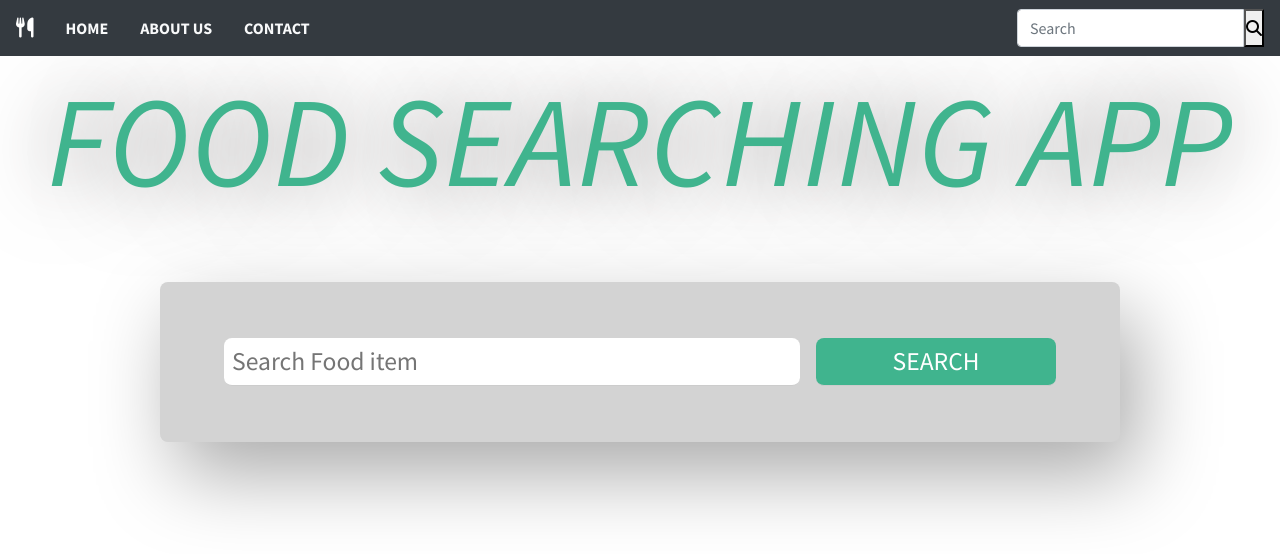
Repository: priyavmehta/React-Food-Recipe-App
Page: /contact
An editor plug-in stored every save of this project. The page is shown before and after the next save, followed by the edit.
The browser window is 1280 px wide. The pictures show the whole page.
Some web libraries are served in a nearby version. The project was rebuilt for these pictures with package versions that can differ from the ones it lists, and the page was loaded fresh each time. Also part of the build but not shown: src/Components/RecipeDetails.js, src/Components/Recipe.js, src/Components/Alert.js.

Above is the page before, as saved 2020-07-11 22:32:48.

### public/index.html
<!DOCTYPE html>
<html lang="en">
  <head>
    <meta charset="utf-8" />
    <link rel="icon" href="%PUBLIC_URL%/favicon.ico" />
    <meta name="viewport" content="width=device-width, initial-scale=1" />
    <meta name="theme-color" content="#000000" />
    <meta
      name="description"
      content="Web site created using create-react-app"
    />
    <link rel="apple-touch-icon" href="%PUBLIC_URL%/logo192.png" />
    <link rel="manifest" href="%PUBLIC_URL%/manifest.json" />

    <script src="https://kit.fontawesome.com/c3f9cf1e2c.js" crossorigin="anonymous"></script>

    <link rel="stylesheet" href="https://stackpath.bootstrapcdn.com/bootstrap/4.3.1/css/bootstrap.min.css" integrity="sha384-ggOyR0iXCbMQv3Xipma34MD+dH/1fQ784/j6cY/iJTQUOhcWr7x9JvoRxT2MZw1T" crossorigin="anonymous">
    <script src="https://code.jquery.com/jquery-3.3.1.slim.min.js" integrity="sha384-q8i/X+965DzO0rT7abK41JStQIAqVgRVzpbzo5smXKp4YfRvH+8abtTE1Pi6jizo" crossorigin="anonymous"></script>
<script src="https://cdnjs.cloudflare.com/ajax/libs/popper.js/1.14.7/umd/popper.min.js" integrity="sha384-UO2eT0CpHqdSJQ6hJty5KVphtPhzWj9WO1clHTMGa3JDZwrnQq4sF86dIHNDz0W1" crossorigin="anonymous"></script>
<script src="https://stackpath.bootstrapcdn.com/bootstrap/4.3.1/js/bootstrap.min.js" integrity="sha384-JjSmVgyd0p3pXB1rRibZUAYoIIy6OrQ6VrjIEaFf/nJGzIxFDsf4x0xIM+B07jRM" crossorigin="anonymous"></script>

    <title>Food App</title>
  </head>
  <body>
    <noscript>You need to enable JavaScript to run this app.</noscript>
    <div id="root"></div>
    <!--
      This HTML file is a template.
      If you open it directly in the browser, you will see an empty page.

      You can add webfonts, meta tags, or analytics to this file.
      The build step will place the bundled scripts into the <body> tag.

      To begin the development, run `npm start` or `yarn start`.
      To create a production bundle, use `npm run build` or `yarn build`.
    -->
  </body>
</html>

### src/App.js
import React, { useState } from 'react';
import './App.css';
import RecipeState from './context/recipe/RecipeState';
import Search from './Components/Search';
import { BrowserRouter as Router, Switch, Route } from 'react-router-dom'
import Navbar from './Components/Navbar';

const App = () => {

  return (
    <RecipeState>
      <Router>
      <Navbar />
        <div className="App">

          <Search/>
        </div>
      </Router>
    </RecipeState>
  );
}

export default App;

### src/App.css
@import url("https://fonts.googleapis.com/css?family=Source+Sans+Pro:300,300i,400,400i,600,600i,700&display=swap");

* {
  font-family: "Source Sans Pro", sans-serif;
  margin: 0;
  padding: 0;
  text-decoration: none;
  list-style-type: none;
  outline: none;
}

.App {
  display: flex;
  flex-direction: column;
  align-items: center;
}

h1 {
  font-size: 8rem;
  letter-spacing: 0.1rem;
  font-style: italic;
  color: #40b48e;
  text-shadow: 0 0.2rem 5rem rgb(119, 115, 115);
  text-transform: uppercase;
  margin: 4rem 0;
}

.search-form {
  width: 60rem;
  height: 10rem;
  display: flex;
  justify-content: center;
  align-items: center;
  background-color: #d3d3d3;
  border-radius: 0.5rem;
  margin-bottom: 5rem;
  box-shadow: 1rem 2rem 5rem #aaa;
  position: relative;
}

.alert {
  /*position: absolute;*/
  top: -3rem;
  left: 0;
  background-color: rgb(233, 72, 72);
  width: calc(100% - 0.4rem);
  border-radius: 0.5rem;
  padding: 0.2rem;
}

.alert h3 {
  font-size: 1.8rem;
  color: #fff;
  font-weight: 400;
  text-transform: uppercase;
  text-align: center;
}

.search-form input {
  font-size: 1.6rem;
  border: none;
  border-bottom: 0.1rem solid #ccc;
  margin: 0 0.5rem;
  border-radius: 0.5rem;
  height: 3rem;
}

.search-form input[type="text"] {
  padding: 0 0.5rem;
  width: 60%;
  color: #555;
}

.search-form input[type="submit"] {
  width: 25%;
  text-transform: uppercase;
  background-color: #40b48e;
  color: #fff;
}

.recipes {
  width: 90%;
  display: flex;
  align-items: center;
  flex-wrap: wrap;
  justify-content: center;
  align-items: flex-start;
}

.recipe {
  width: 30rem;
  margin: 3rem;
  display: flex;
  flex-direction: column;
  background-color: #d3d3d3;
  padding: 2rem;
  position: relative;
  border-radius: 0.5rem;
  box-shadow: 2rem 3rem 5rem #aaa;
}

.recipe h2 {
  background-color: rgba(161, 161, 161, 0.7);
  border-radius: 0.5rem;
  padding: 0.3rem 0.5rem;
  position: absolute;
  top: 2.5rem;
  left: 2.5rem;
  right: 2.5rem;
  font-size: 2.5rem;
  font-weight: 400;
  text-shadow: 0 0.5rem 0.5rem #555;
  color: #fff;
}

.recipe img {
  border-radius: 0.5rem;
  object-fit: cover;
}

.recipe a {
  font-size: 1.8rem;
  color: #40b48e;
}

/* .recipe button {
  font-size: 2rem;
  text-transform: uppercase;
  color: #fff;
  background-color: #40b48e;
  border: none;
  border-radius: 0.5rem;
  height: 3rem;
} */

.ingredient-list {
  margin-top: 1rem;
  background-color: #f0f0f0;
  border-radius: 0.5rem;
  padding: 0.5rem;
}

.ingredient-list li {
  margin: 0.5rem 0;
}

.ingredient-text {
  font-size: 1.5rem;
  color: #888;
}

.ingredient-weight {
  color: #40b48e;
  font-size: 1.3rem;
}

.fas {
  color: white;
}

/* .navbar {
  display: flex; */
  /*justify-content: space-between;
  align-items: center;
  padding: 0.7rem 2rem;
  z-index: 1;
  width: 100%;
  opacity: 0.9;
  margin-bottom: 1rem;
}

.navbar ul {
  display: flex;

}

.navbar a {
  color: #fff;
  padding: 0.45rem;
  margin: 0 0.25rem;
  background-color: black;
}

.navbar a:hover {
  color: var(--light-color);
}

.navbar .welcome span {
  margin-right: 0.6rem;
}


.bg-primary {
  background: var(--primary-color);
  color: #fff;
} */

### src/context/recipe/RecipeState.js
import React, { useReducer, useState, useEffect } from 'react'
import recipeContext from './recipeContext'
import recipeReducer from './recipeReducer';
import axios from 'axios'
import {SEARCH_RECIPE, SET_ALERT, REMOVE_ALERT, SET_HOME_PAGE} from '../types'

const RecipeState = (props) => {

    const initialState = {

        recipes : [],
        alert : ""
    };

    const home_recipes = []

    const [state, dispatch] = useReducer(recipeReducer, initialState);

    const YOUR_APP_ID = 'a232e31f';
    const YOUR_APP_KEY = 'd3cfbfb089b421a6f5135d309faa2604';

    // useEffect(async () => {
    //     const dosa = await axios.get(`https://api.edamam.com/search?q=dosa&app_id=${YOUR_APP_ID}&app_key=${YOUR_APP_KEY}`)
    //     const dosa_results = dosa.data.hits;
    //     home_recipes.push(dosa_results[5])
    //     home_recipes.push(dosa_results[9])

    //     const data = await axios.get(`https://api.edamam.com/search?q=pav&app_id=${YOUR_APP_ID}&app_key=${YOUR_APP_KEY}`)
    //     const results = data.data.hits;
    //     home_recipes.push(results[0])
    //     home_recipes.push(results[1])

    //     dispatch({type : SET_HOME_PAGE, payload : home_recipes})
    //     console.log("All Done")
    //     console.log(state.recipes)
    // }, [])

    const getData = async (text) => {
        if (text !== ''){
            const url = `https://api.edamam.com/search?q=${text}&app_id=${YOUR_APP_ID}&app_key=${YOUR_APP_KEY}`
            const data = await axios.get(url);
            if (!data.data.more){
                return (
                    dispatch({type : SET_ALERT, payload : "Such a food item is not available.."}),
                    setTimeout (() => dispatch({ type : REMOVE_ALERT }), 5000)
                )
            }
            dispatch({type: SEARCH_RECIPE, payload: data.data.hits})
            console.log(state.recipes)
        } else {
            dispatch ({type : SET_ALERT, payload: "Please enter something"})
            setTimeout (() => dispatch({ type : REMOVE_ALERT }), 5000)
        }

    }

    const getIndian = async () => {

    }

    return <recipeContext.Provider value = {{
            getData,
            recipes: state.recipes,
            alert : state.alert
        }
    }
    >
        {props.children}
    </recipeContext.Provider>
}

export default RecipeState

### src/Components/Search.js
import React, {Fragment, useContext, useState} from 'react'
import recipeContext from '../context/recipe/recipeContext'
import Recipe from './Recipe'
import Alert from './Alert'

const Search = () => {

    const [query, setQuery] = useState("")

    const RecipeContext = useContext(recipeContext)
    const {getData, recipes, alert} = RecipeContext

    const changeQuery = (event) => setQuery(event.target.value)

    const onSubmitQuery = (event) => {
        event.preventDefault()
        getData(query)
        setQuery("")
    }

    return (
        <Fragment>
            <h1 >Food Searching App</h1>
            { alert !== "" && <Alert/>}
            <form className = "search-form" onSubmit = {onSubmitQuery}>
                <input type="text" placeholder = "Search Food item" autoComplete = "off" onChange = {changeQuery} value = {query} />
                <input type = "submit" value = "Search" />
            </form>
            <div className = "recipes">
                {
                    recipes !== [] && (
                        recipes.map(recipe => <Recipe recipe = {recipe}/>)
                    )
                }
            </div>
        </Fragment>
    )
}

export default Search

### src/Components/Navbar.js
import React from 'react'
import PropTypes from 'prop-types'
import { Link } from 'react-router-dom'

const Navbar = ({icon, title}) => {

    return (
        <nav className="navbar navbar-expand-md navbar-light bg-dark fixed-top">
            <a className="navbar-brand"><i className="fas fa-utensils"></i></a>
            <button type="button" className="navbar-toggler bg-light" data-toggle="collapse" data-target="#nav">
                <span className="navbar-toggler-icon"></span>
            </button>
             <div className="collapse navbar-collapse justify-content-between" id="nav">
                <ul className="navbar-nav">
                    <li className="nav-item" >
                        <a className="nav-link text-light font-weight-bold px-3" href="#">HOME</a>
                    </li>
                    <li className="nav-item">
                        <a className="nav-link text-light font-weight-bold px-3" href="#">ABOUT US</a>
                    </li>
                    <li className="nav-item">
                        <a className="nav-link text-light font-weight-bold px-3" href="#">CONTACT</a>
                    </li>
                </ul>
                <form className="form-inline ml-3">
                    <div className="input-group">
                        <input type="text" className="form-control " placeholder="Search" />
                        <button type="submit"><i className="fa fa-search"></i></button>
                    </div>

                </form>

            </div>

        </nav>
    )
}

Navbar.defaultProps = {
    title : "Food App",
    icon : "fab fa-github"
};

Navbar.propTypes = {
    title : PropTypes.string.isRequired,
    icon : PropTypes.string.isRequired
};

export default Navbar

### src/context/recipe/recipeContext.js
import { createContext } from 'react'

const recipeContext = createContext()

export default recipeContext

### src/context/recipe/recipeReducer.js
import {SEARCH_RECIPE, SET_ALERT, REMOVE_ALERT, SET_HOME_PAGE} from '../types'

export default (state, action) => {
    switch(action.type){
        case SET_HOME_PAGE:
            return{
                ...state,
                recipes : action.payload
            }
        case REMOVE_ALERT:
            return{
                ...state,
                alert: ""
            }
        case SET_ALERT:
            return{
                ...state,
                alert: action.payload
            }
        case SEARCH_RECIPE:
            return {
                ...state,
                recipes : action.payload,
                alert: ""
            }
        default:
            return state
    }
}

### src/context/types.js
export const SEARCH_RECIPE = "SEARCH_RECIPE";
export const CHANGE_QUERY = "CHANGE_QUERY";
export const SET_ALERT = "SET_ALERT";
export const REMOVE_ALERT = "REMOVE_ALERT";
export const SET_HOME_PAGE = "SET_HOME_PAGE";

Loaded but not shown: src/index.js (common file); src/index.css (common file); src/serviceWorker.js (common file)

After the next save:
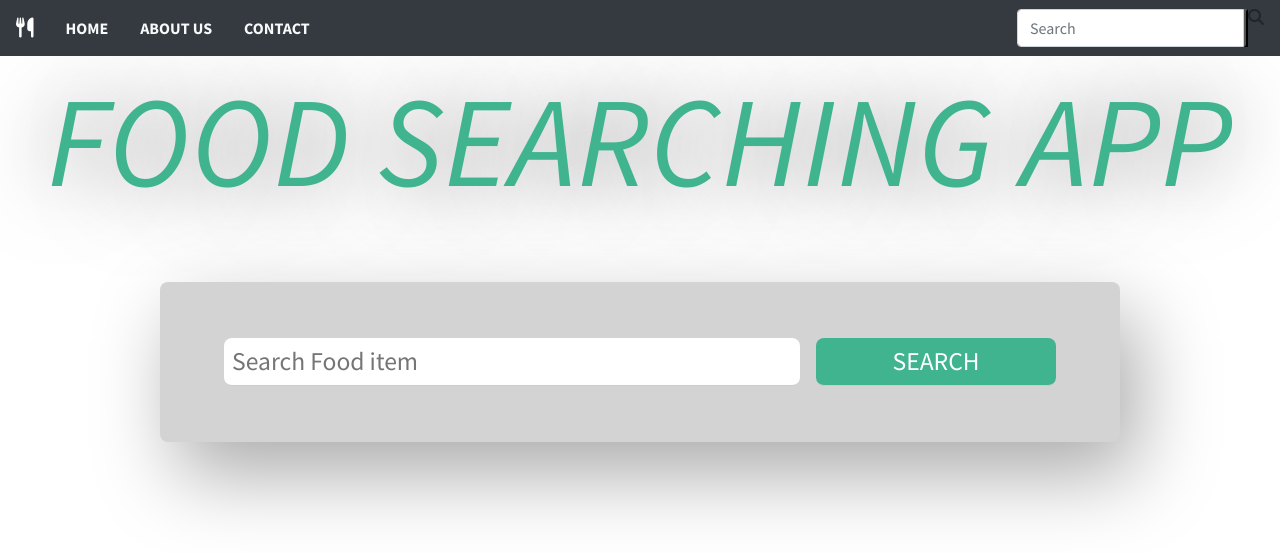
Saved 39 s later.
--- a/src/Components/Navbar.js
+++ b/src/Components/Navbar.js
@@ -25,7 +25,7 @@ const Navbar = ({icon, title}) => {
                 <form className="form-inline ml-3">
                     <div className="input-group">
                         <input type="text" className="form-control " placeholder="Search" />
-                        <button type="submit"><i className="fa fa-search"></i></button>
+                        <button type="submit"></button><i className="fa fa-search"></i>
                     </div>
 
                 </form>
